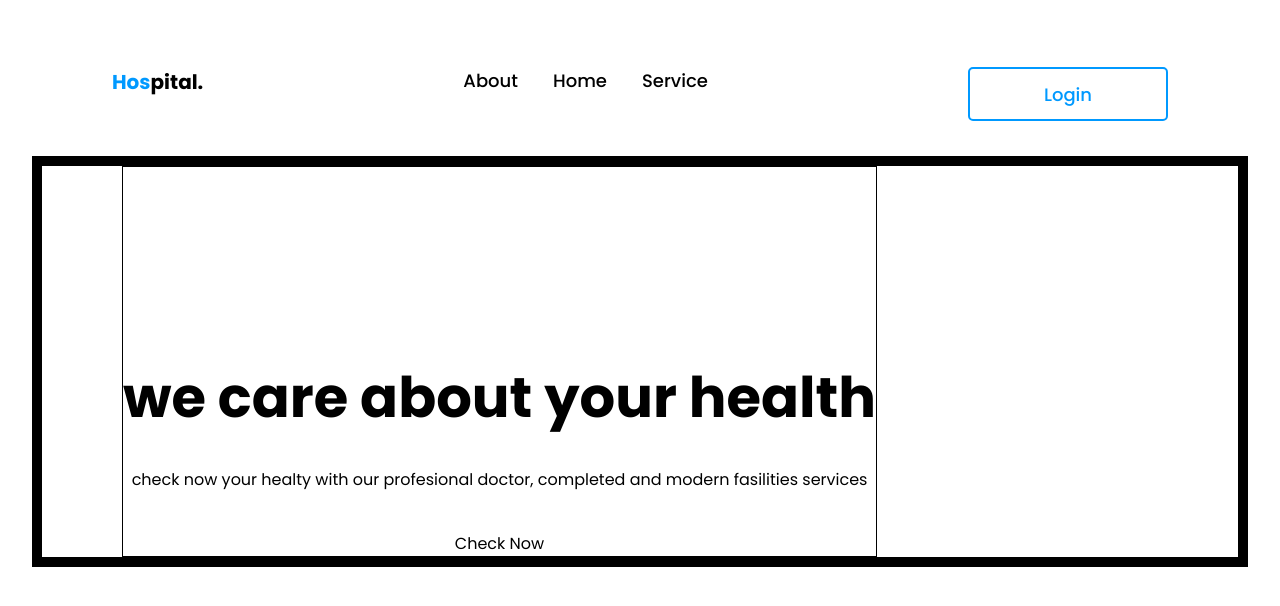
Repository: Chadi2000/hospital-app
Page: /
These files come from the project's save history. The page is drawn as it stood at one moment and after the next save; the edit follows.
The browser window is 1280 px wide. The pictures show the whole page.
The project was rebuilt for these pictures with package versions that can differ from the ones it lists, and the page was loaded fresh each time. Also part of the build but not shown: vite.config.js.

Above is the page before, as saved 2024-08-03 17:54:21.

### src/App.jsx
import './App.css'
import Header from './components/Header'
import Navbar from './components/Navbar'

function App() {

  return (
    <div className='flex flex-col'>
      <Navbar />
      <Header />
    </div>
  )
}

export default App

### src/index.css
@import url('https://fonts.googleapis.com/css2?family=Poppins:ital,wght@0,100;0,200;0,300;0,400;0,500;0,600;0,700;0,800;0,900;1,100;1,200;1,300;1,400;1,500;1,600;1,700;1,800;1,900&display=swap');

@tailwind base;
@tailwind components;
@tailwind utilities;

body{
  font-family: "Poppins", sans-serif;;
}

### src/components/Header.jsx
import Doctor from '../assets/doctor1.png'

const Header = () => {
  return (
    <div className='flex px-[80px] border-[10px]'>

      <div className='flex flex-col justify-start gap-10 border-[1px] pt-[200px]'>
        <h1 className='text-[56px] font-bold leading-[61px]'>we care about your health</h1>
        <p>check now your healty with our profesional doctor, completed and modern fasilities services</p>
        <div>Check Now</div>
      </div>

      <div className='relative flex items-center'>
        <div className='absolute'>
            <img src={Doctor} alt="doctor" />
        </div>
      </div>

    </div>
  )
}

export default Header

### src/components/Navbar.jsx

const Navbar = () => {
  return (
    <div className="flex justify-between py-[35px] px-[80px] ">

      <div className="flex text-[20px] font-bold leading-[30px] cursor-pointer">
        <div className="text-btn">Hos</div>
        <div className="text-black">pital.</div>
      </div>

        <ul className="flex gap-[35px] justify-between font-medium text-[18px] leading-[27px]">
            <li className="cursor-pointer">About</li>
            <li className="cursor-pointer">Home</li>
            <li className="cursor-pointer">Service</li>
        </ul>


      <div className="flex justify-center items-center w-[200px] h-[54px] text-btn border-btn border-[2px] cursor-pointer rounded-[5px]
      font-medium  text-[18px] leading-[27px]">
        Login
      </div>

    </div>
  )
}

export default Navbar

### tailwind.config.js
/** @type {import('tailwindcss').Config} */
export default {
  content: [
    "./index.html",
    "./src/**/*.{js,ts,jsx,tsx}",
  ],
  theme: {
    extend: {},
    textColor:{
      btn: '#0099FF',
    },
    backgroundColor:{
      btn: '#0099FF',
    },
    fontFamily:{
      abc:["Poppins","sans-serif"]
    },
    borderColor:{
      btn: '#0099FF',
    }
  },
  plugins: [],
}

Loaded but not shown: index.html (common file); src/main.jsx (common file); src/App.css (common file)

After the next save:
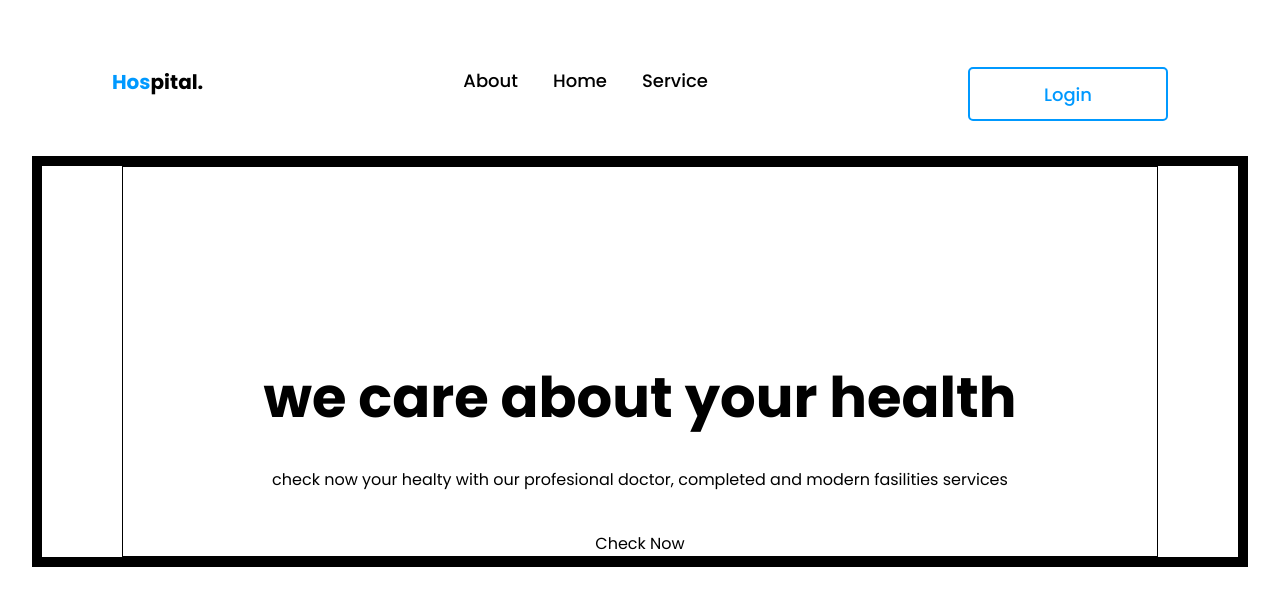
Saved 20 s later.
--- a/src/components/Header.jsx
+++ b/src/components/Header.jsx
@@ -4,7 +4,7 @@ const Header = () => {
   return (
     <div className='flex px-[80px] border-[10px]'>
 
-      <div className='flex flex-col justify-start gap-10 border-[1px] pt-[200px]'>
+      <div className='flex flex-col justify-start gap-10 border-[1px] pt-[200px] w-full'>
         <h1 className='text-[56px] font-bold leading-[61px]'>we care about your health</h1>
         <p>check now your healty with our profesional doctor, completed and modern fasilities services</p>
         <div>Check Now</div>
